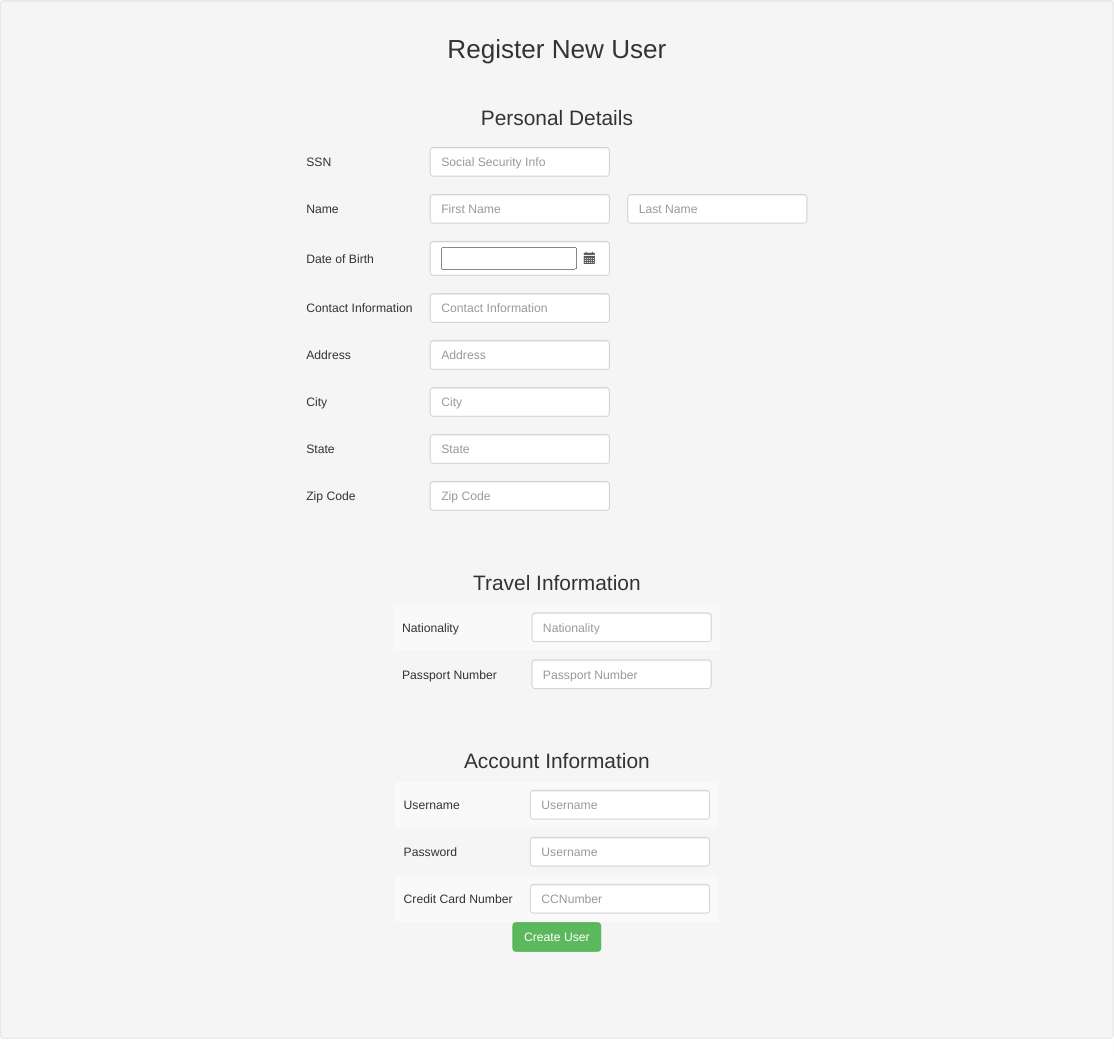
Repository: harshadrane89/CMPE273-WebService-AirlineManagement
Page: http://localhost/AirlineManagementSystemClient/TwitterGUI/NewCustomer.jsp
The author's editor kept a copy of each file at every save. The page is drawn from the files as they stood at one save, then again after a run of saves.
The browser window is 1280 px wide. The pictures show the whole page, at 87% of full size.
The page is served by Tomcat 9.

Above is the page before, as saved 2013-12-09 05:15:46.

After the next 2 saves:
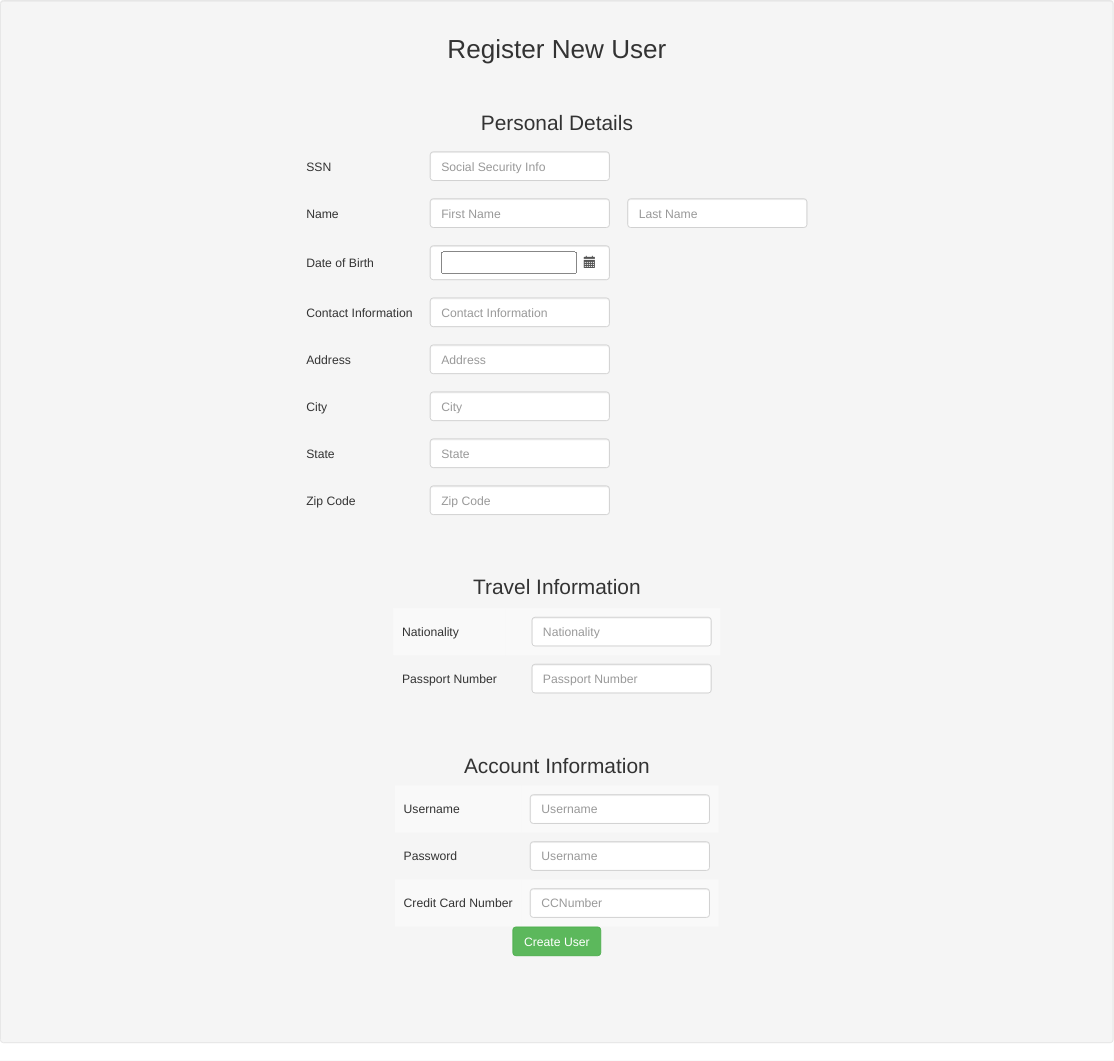
The 2 saves are shown as one change because they came seconds apart.
The last was saved 10 s later.
--- a/273_Project_Tomcat/AirlineManagementSystemClient/WebContent/TwitterGUI/NewCustomer.jsp
+++ b/273_Project_Tomcat/AirlineManagementSystemClient/WebContent/TwitterGUI/NewCustomer.jsp
@@ -16,7 +16,7 @@
 		<center>
 			<h2>Register New User</h2>
 
-			 <br>
+			<br>
 
 
 			<%
@@ -27,7 +27,13 @@
 			%>
 
 
-
+			<%
+				String errorMessage = "";
+				if (session.getAttribute("message") != null) {
+					errorMessage = (String) session.getAttribute("message");
+				}
+			%>
+			<label id="errorMessage"><%=errorMessage%></label>
 			<h3>Personal Details</h3>
 
 			<table cellpadding="10px" cellspacing="10px" class="">
@@ -37,16 +43,16 @@
 						name="ssn"
 						value="<%=traveller.getCustId() != null ? traveller.getCustId()
 					: ""%>"
-						class="form-control" required="true" ></td>
+						class="form-control" required="true"></td>
 				</tr>
 				<tr>
 					<td>Name</td>
 					<td><input type="text" placeholder="First Name" name="fName"
 						value="<%=traveller.getfName() != null ? traveller.getfName() : ""%>"
-						class="form-control" required="true" ></td>
+						class="form-control" required="true"></td>
 					<td><input type="text" placeholder="Last Name" name="lName"
 						value="<%=traveller.getlName() != null ? traveller.getlName() : ""%>"
-						class="form-control" required="true" ></td>
+						class="form-control" required="true"></td>
 				</tr>
 
 				<tr>
@@ -57,12 +63,13 @@
 						<div class="input-append date input-group form-control" id="dp1"
 							data-date="12-07-2012" data-date-format="mm-dd-yyyy">
 							<input class="span2" name="dob" size="16" type="text"
-								value="<%=traveller.getDob() != null ? traveller.getDob() : ""%>" readonly> &nbsp;<span
+								value="<%=traveller.getDob() != null ? traveller.getDob() : ""%>"
+								readonly> &nbsp;<span
 								class="add-on glyphicon glyphicon-calendar" required="true"></span>
 						</div>
 
 
-						</td>
+					</td>
 				</tr>
 				<tr>
 					<td>Contact Information</td>
@@ -70,33 +77,33 @@
 						name="cInfo"
 						value="<%=traveller.getContactNo() != null ? traveller
 					.getContactNo() : ""%>"
-						class="form-control" required="true" ></td>
+						class="form-control" required="true"></td>
 				</tr>
 				<tr>
 					<td>Address</td>
 					<td><input type="text" placeholder="Address" name="address"
 						value="<%=traveller.getAddress() != null ? traveller.getAddress()
 					: ""%>"
-						class="form-control" required="true" ></td>
+						class="form-control" required="true"></td>
 				</tr>
 				<tr>
 					<td>City</td>
 					<td><input type="text" placeholder="City" name="city"
 						value="<%=traveller.getCity() != null ? traveller.getCity() : ""%>"
-						class="form-control" required="true" ></td>
+						class="form-control" required="true"></td>
 				</tr>
 				<tr>
 					<td>State</td>
 					<td><input type="text" placeholder="State" name="state"
 						value="<%=traveller.getState() != null ? traveller.getState() : ""%>"
-						class="form-control" required="true" ></td>
+						class="form-control" required="true"></td>
 				</tr>
 				<tr>
 					<td>Zip Code</td>
 					<td><input type="text" placeholder="Zip Code" name="zip"
 						value="<%=traveller.getZipCode() != null ? traveller.getZipCode()
 					: ""%>"
-						class="form-control" required="true" ></td>
+						class="form-control" required="true"></td>
 				</tr>
 			</table>
 
@@ -113,7 +120,7 @@
 						name="uNationality"
 						value="<%=traveller.getNationality() != null ? traveller
 					.getNationality() : ""%>"
-						class="form-control" required="true" ></td>
+						class="form-control" required="true"></td>
 				</tr>
 				<tr>
 					<td>Passport Number</td>
@@ -121,7 +128,7 @@
 					<td><input type="text" placeholder="Passport Number"
 						value="<%=traveller.getPassNum() != null ? traveller.getPassNum()
 					: ""%>"
-						name="uPNumber" class="form-control" required="true" ></td>
+						name="uPNumber" class="form-control" required="true"></td>
 				</tr>
 
 			</table>
@@ -131,13 +138,13 @@
 		<center>
 			<h3>Account Information</h3>
 			<table cellpadding="10px" cellspacing="10px" class="table-striped"
-				class="form-control" required="true" >
+				class="form-control" required="true">
 				<tr>
 					<td>Username</td>
 					<td><input type="text" placeholder="Username" name="uName"
 						value="<%=traveller.getUserName() != null ? traveller.getUserName()
 					: ""%>"
-						class="form-control" required="true" ></td>
+						class="form-control" required="true"></td>
 				</tr>
 				<tr>
 					<td>Password</td>
@@ -145,14 +152,14 @@
 						name="uPasswd"
 						value="<%=traveller.getPassword() != null ? traveller.getPassword()
 					: ""%>"
-						class="form-control" required="true" ></td>
+						class="form-control" required="true"></td>
 				</tr>
 				<tr>
 					<td>Credit Card Number</td>
 					<td><input type="password" placeholder="CCNumber" name="uCC"
 						value="<%=traveller.getCreditCardNum() != null ? traveller
 					.getCreditCardNum() : ""%>"
-						class="form-control" required="true" ></td>
+						class="form-control" required="true"></td>
 				</tr>
 			</table>
 
